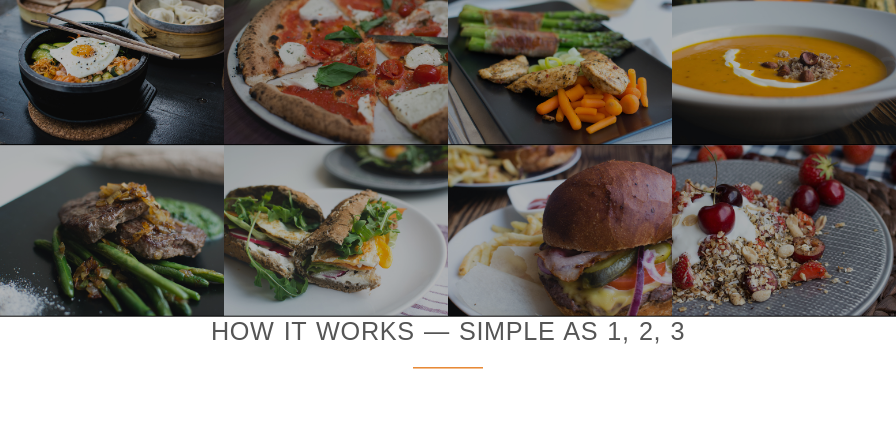
Repository: pboi18/E-Foods
Page: index.html
The author's editor kept a copy of each file at every save. The page is drawn from the files as they stood at one save, then again after the next save.
The browser window is 1280 px wide. The pictures show the part of the page from y = 1468 to 3388 px (the page is 2105 px tall before and 3388 px after), at 70% of full size.

Above is the page before, as saved 2020-07-12 11:43:41.

### index.html
<!DOCTYPE html>
<html lang="en">
    <head>
        <meta http-equiv="Content-Type" content="text/html;charset=UTF-8">
        <link rel="stylesheet" href="vendors/css/normalize.css">
        <link rel="stylesheet" href="vendors/css/7.1 Grid.css">
        <link rel="stylesheet" href="vendors/css/ionicons.min.css">
        <link rel="stylesheet" href="resources/css/style.css">
        <link href='http://fonts.googleapis.com/css?family=Lato:100,300,400,300italic' rel='stylesheet' type='text/css'>
        <title>Ominifoods</title>
    </head>

    <body>
        <header>
            <nav>
                <div class="row">
                    <img src="resources/img/logo-white.png" alt="Ominifood logo" class="logo">

                    <ul class="main-nav">
                        <li><a href="#">Food delivery</a></li>
                        <li><a href="#">How it works</a></li>
                        <li><a href="#">Our cities</a></li>
                        <li><a href="#">Sign up</a></li>
                    </ul>

                </div>
            </nav>
            <div class="hero-text-box">
                <h1>Goodbye junk food. <br> Hello super healthy meals.</h1>
                <a href="#" class="btn btn-full">I’m hungry </a>
                <a href="#" class="btn btn-ghost">Show me more </a>
            </div>

        </header>

        <section class="section-features">
            <div class="row">
                <h2>Get food fast &mdash; not fast food</h2>
                <p class="long-copy">
                    Hello, we’re Omnifood, your new premium food delivery service. We know you’re always busy. No time for cooking. So let us take care of that, we’re really good at it, we promise!
                </p>
            </div>

            <div class="row">
                <div class="col span-1-of-4 box">
                    <e class="ion-ios-infinite-outline icon-big"></e>
                    <h3>Up to 365 days/year</h3>
                    <p>
                        Never cook again! We
                        really mean that. Our subscription
                        plans include up to 365
                        days/year coverage. You can
                        also choose to order more
                        flexibly if that's your style.
                    </p>
                </div>

                <div class="col span-1-of-4 box">
                    <e class="ion-ios-stopwatch-outline icon-big"></e>
                    <h3>Ready in 20 minutes</h3>
                    <p>
                        You're only twenty minutes
                        away from your delicious and
                        super healthy meals delivered
                        right to your home. We work
                        with the best chefs in each
                        town to ensure that you're
                        100% happy.
                    </p>
                </div>

                <div class="col span-1-of-4 box">
                    <e class="ion-ios-nutrition-outline icon-big"></e>
                    <h3>100% organic</h3>
                    <p>
                        All our vegetables are fresh, organic and local. Animals are raised without added hormones or antibiotics. Good for your health, the environment, and it also tastes better!
                    </p>
                </div>

                <div class="col span-1-of-4 box">
                    <e class="ion-ios-cart-outline icon-big"></e>
                    <h3>Order anything</h3>
                    <p>
                        We don't limit your creativity, which means you can order whatever you feel like. You can also choose from our menu containing over 100 delicious meals. It's up to you!
                    </p>
                </div>
            </div>
        </section>

        <section class="section-meals">
            <ul class="meals-showcase">
                <li>
                    <figure class="meal-photo">
                        <img src="resources/img/1.jpg" alt="Korean bibimbap with egg and vegetables">
                    </figure>
                </li>
                <li>
                    <figure class="meal-photo">
                        <img src="resources/img/2.jpg" alt="Simple italian pizza with cherry tomatoes">
                    </figure>
                </li>
                <li>
                    <figure class="meal-photo">
                        <img src="resources/img/3.jpg" alt="Chicken breast steak with vegetables ">
                    </figure>
                </li>
                <li>
                    <figure class="meal-photo">
                        <img src="resources/img/4.jpg" alt="Autumn pumpkin soup">
                    </figure>
                </li>
            </ul>

            <ul class="meals-showcase">
                <li>
                    <figure class="meal-photo">
                        <img src="resources/img/5.jpg" alt="Paleo beef steak with vegetables">
                    </figure>
                </li>
                <li>
                    <figure class="meal-photo">
                        <img src="resources/img/6.jpg" alt="Healthy baguette with egg and vegetables">
                    </figure>
                </li>
                <li>
                    <figure class="meal-photo">
                        <img src="resources/img/7.jpg" alt="Burger with cheddar and bacon">
                    </figure>
                </li>
                <li>
                    <figure class="meal-photo">
                        <img src="resources/img/8.jpg" alt="Granola with cherries and strawberries">
                    </figure>
                </li>
            </ul>
        </section>

        <section class="section-steps">
            <div class="row">
                <h2>How it works &mdash; Simple as 1, 2, 3</h2>
            </div>
        </section>
    </body>
    <!-- Title:

    1.	Choose the subscription plan that best fits your needs and sign up today.
    2.	Order your delicious meal using our mobile app or website. Or you can even call us!
    3.	Enjoy your meal after less than 20 minutes. See you the next time! -->


</html>

### resources/css/style.css
/*  --------------------------- */
/*  BASIC SETUP */
/*  --------------------------- */

* {
    margin: 0;
    padding: 0;
    box-sizing: border-box;
}

html {
    background-color: #fff;
    color: #555;
    font-family: Arial, Helvetica, sans-serif,'Lato';
    font-weight: 300;
    font-size: 20px;
    text-rendering: optimizeLegibility;
}


/*  --------------------------- */
/*  REUSEABLE COMPONENTS */
/*  --------------------------- */


.row {
    max-width: 1140px;
    margin: 0 auto;
}

section {
    padding: 80px 0;
}

.box {
    padding: 1%;
}

/*  --------------------------- */
/*  HEADINGS */
/*  --------------------------- */

h1,
h2,
h3 {

    font-weight: 300;
    text-transform: uppercase;
}

h1 {
    margin-top: 0;
    margin-bottom: 20px;
    color: #fff;
    font-size: 240%;
    word-spacing: 4px;
    letter-spacing: 1px;
}

h2 {
    font-size: 180%;
    word-spacing: 2px;
    text-align: center;
    margin-bottom: 30px;
    letter-spacing: 1px;
}

h3 {
    font-size: 110%;
    margin-bottom: 15px;
}

h2:after {
    display: block;
    height: 2px;
    background-color: #e67e22;
    content: " ";
    width: 100px;
    margin: 0 auto;
    margin-top: 30px;
}


/*  --------------------------- */
/*  paragraps*/
/*  --------------------------- */


.long-copy {
    line-height: 145%;
    width: 70%;
    margin-left: 15%;
}

.box p {
    font-size: 90%;
    line-height: 145%;
}


/*  --------------------------- */
/*  ICONS */
/*  --------------------------- */

.icon-big {
    font-size: 350%;
    display: block;
    color: #e67e22;
    margin-bottom: 10px;
}


/*  --------------------------- */
/*  BUTTONS */
/*  --------------------------- */

.btn:link,
.btn:visited {
    display: inline-block;
    padding: 10px 30px;
    font-weight: 300;
    text-decoration: none;
    border-radius: 200px;
    transition: all 0.2s;
}


.btn-full:link,
.btn-full:visited {
    background-color: #e67e22;
    border: 1px solid #e67e22;
    color: #fff;
    margin-right: 15px;
}

.btn-ghost:link,
.btn-ghost:visited {
    border: 1px solid #e67e22;
    color: #e67e22;
}

.btn:hover,
.btn:active {
    background-color: #cf6d17;
}


.btn-full:hover,
.btn-full:active {
    border: 1px solid #cf6d17;
}

.btn-ghost:hover,
.btn-ghost:active {
    border: 1px solid #e67e22;
    color: #fff;
}

/*  --------------------------- */
/*  HEADER */
/*  --------------------------- */

header {
    background-image: linear-gradient(rgba(0, 0, 0, 0.7), rgba(0, 0, 0, 0.7)), url(img/hero.jpg);
    background-size: cover;
    background-position: center;
    height: 100vh;
}


.hero-text-box {
    position: absolute;
    width: 1140px;
    top: 50%;
    left: 50%;
    transform: translate(-50%, -50%);
}

.logo {
    height: 100px;
    width: auto;
    float: left;
    margin-top: 20px;
}

.main-nav {
    float: right;
    list-style: none;
    margin-top: 55px;
}

.main-nav li {
    display: inline-block;
    margin-left: 40px;
}

.main-nav li a:link,
.main-nav li a:visited {
    padding: 5px 0px;
    color: #fff;
    text-decoration: none;
    text-transform: uppercase;
    font-size: 90%;
    border-bottom: 2px solid transparent;
    transition: all 0.2s;

}
.main-nav li a:hover,
.main-nav li a:active {
    border-bottom: 2px solid #e67e22;
}

/*  --------------------------- */
/*  MEALS */
/*  --------------------------- */

.section-features .long-copy {
    margin-bottom: 30px;
}


/*  --------------------------- */
/*  MEALS */
/*  --------------------------- */

.section-meals {
    padding: 0;
}

.meals-showcase {
    list-style: none;
    width: 100%;

}

.meals-showcase li {
    display: block;
    float: left;
    width: 25%;
}

.meal-photo {
    width: 100%;
    margin: 0;
    overflow: hidden;
    background-color:#000;
}

.meal-photo img {
    width: 100%;
    height: auto;
    transform: scale(1.03);
    opacity: 0.7;
    transition: all 0.5s;
}


.meal-photo img:hover {
    opacity: 1;
    transform: scale(1.15);
}

Loaded but not shown: vendors/css/normalize.css (library); vendors/css/7.1 Grid.css (library); vendors/css/ionicons.min.css (library)

After the next save:
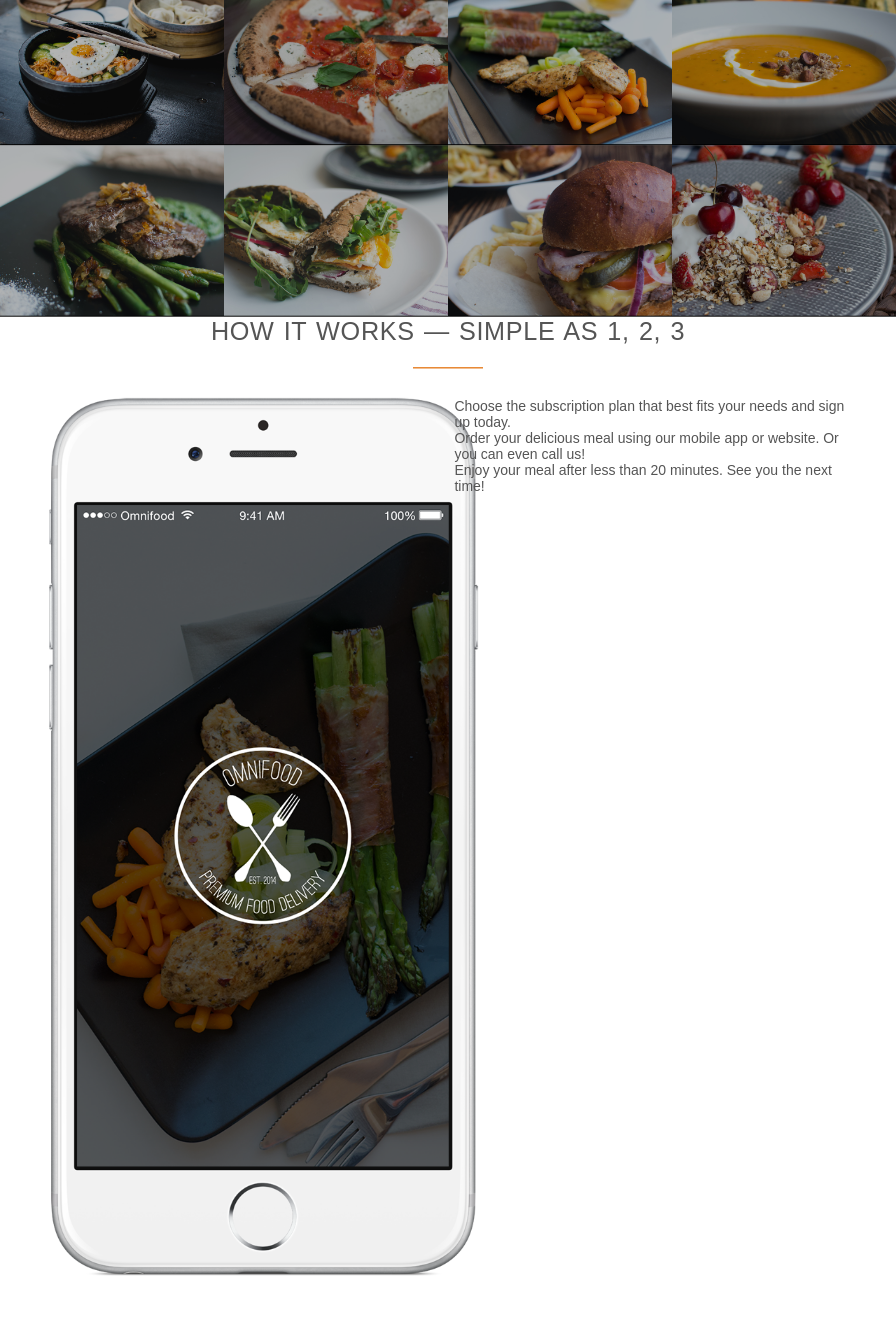
Saved 6 min 12 s later.
--- a/index.html
+++ b/index.html
@@ -139,13 +139,28 @@
             <div class="row">
                 <h2>How it works &mdash; Simple as 1, 2, 3</h2>
             </div>
+            <div class="row">
+                <div class="col span-1-of-2">
+                    <img src="resources/img/app-iPhone.png" alt="Ominifood app on iphone" class="app-screen">
+                </div>
+
+                <div class="col span-1-of-2">
+                    <div class="works-step">
+                        <div></div>
+                        <p>Choose the subscription plan that best fits your needs and sign up today.</p>
+                    </div>
+                    <div class="works-step">
+                        <div></div>
+                        <p>Order your delicious meal using our mobile app or website. Or you can even call us!</p>
+                    </div>
+                    <div class="works-step">
+                        <div></div>
+                        <p>Enjoy your meal after less than 20 minutes. See you the next time!</p>
+                    </div>
+                </div>
+            </div>
         </section>
     </body>
-    <!-- Title:
-
-    1.	Choose the subscription plan that best fits your needs and sign up today.
-    2.	Order your delicious meal using our mobile app or website. Or you can even call us!
-    3.	Enjoy your meal after less than 20 minutes. See you the next time! -->
 
 
 </html>
